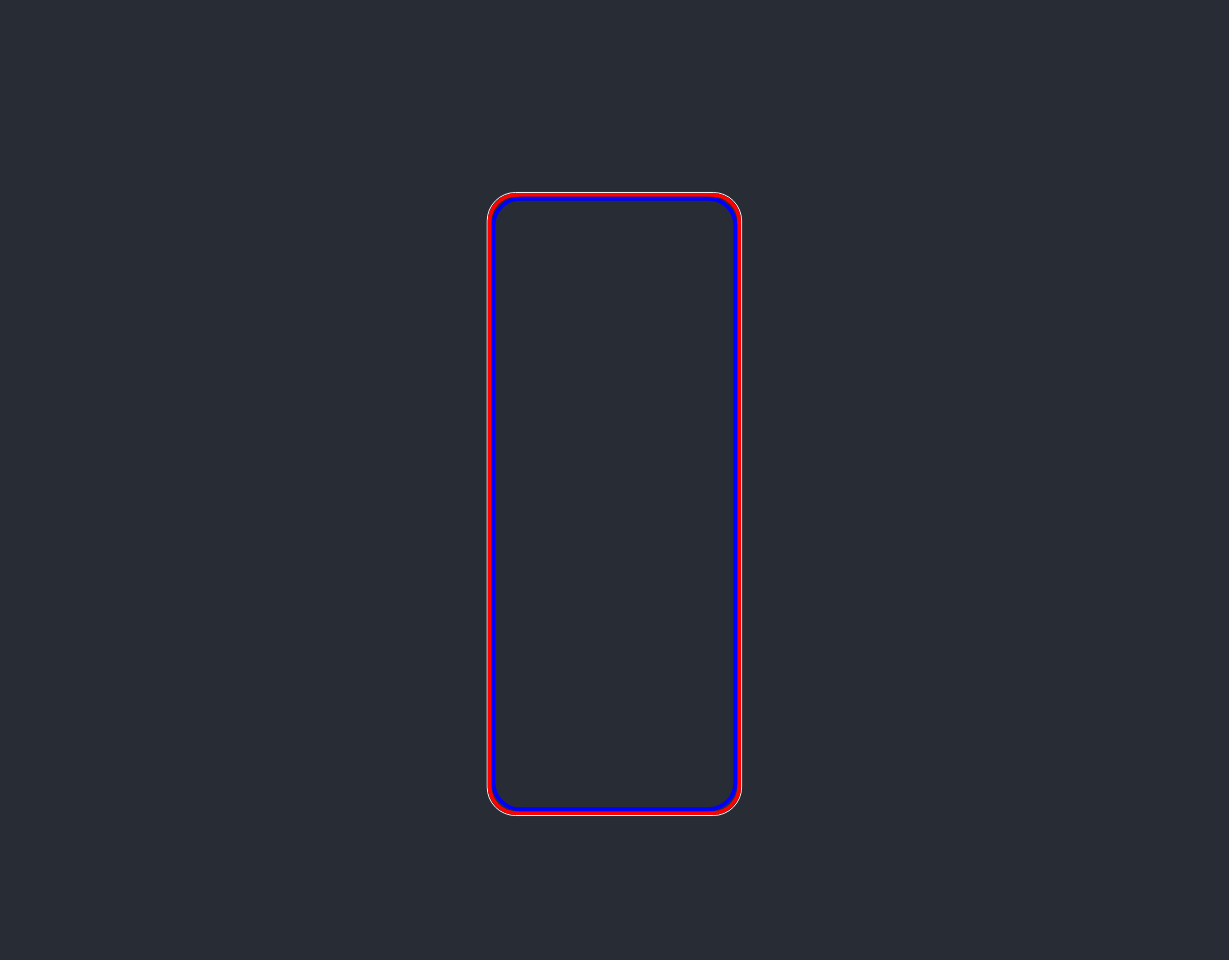
Repository: sarahnnanyelugo/fcmb-hackathon
Page: /
The author's editor kept a copy of each file at every save. The page is drawn from the files as they stood at one save, then again after the next save.
The browser window is 1280 px wide. The pictures show the whole page, at 96% of full size.
The project was rebuilt for these pictures with package versions that can differ from the ones it lists, and the page was loaded fresh each time.

Above is the page before, as saved 2023-10-28 14:53:16.

### src/App.js
import "bootstrap/dist/css/bootstrap.min.css";

import "./App.scss";

function App() {
  return (
    <>
      <div className="app-header">
        <center>
          <div className="col-md-3">
            <center>
              <div className="col-md-10 app">
                <div className="app-inner">
                  <div className="app-inner2">
                    <div className="app-face"></div>
                  </div>
                </div>
              </div>
            </center>
          </div>
        </center>
      </div>
    </>
  );
}

export default App;

### src/App.scss
.app-header {
  background-color: #282c34;
  height: 1000px;
  padding-top: 200px;
  width: 100%;
}

.app {
  border: solid 1px #fff;
  height: 650px;
  border-radius: 30px;
}
.app-inner {
  border: solid 4px red;
  height: 100%;
  border-radius: 30px;
}
.app-inner2 {
  border: solid 4px blue;
  height: 100%;
  border-radius: 30px;
}
.app-face {
  background: #fff;
}

Loaded but not shown: public/index.html (common file); src/index.js (common file); src/index.css (common file); src/reportWebVitals.js (common file)

After the next save:
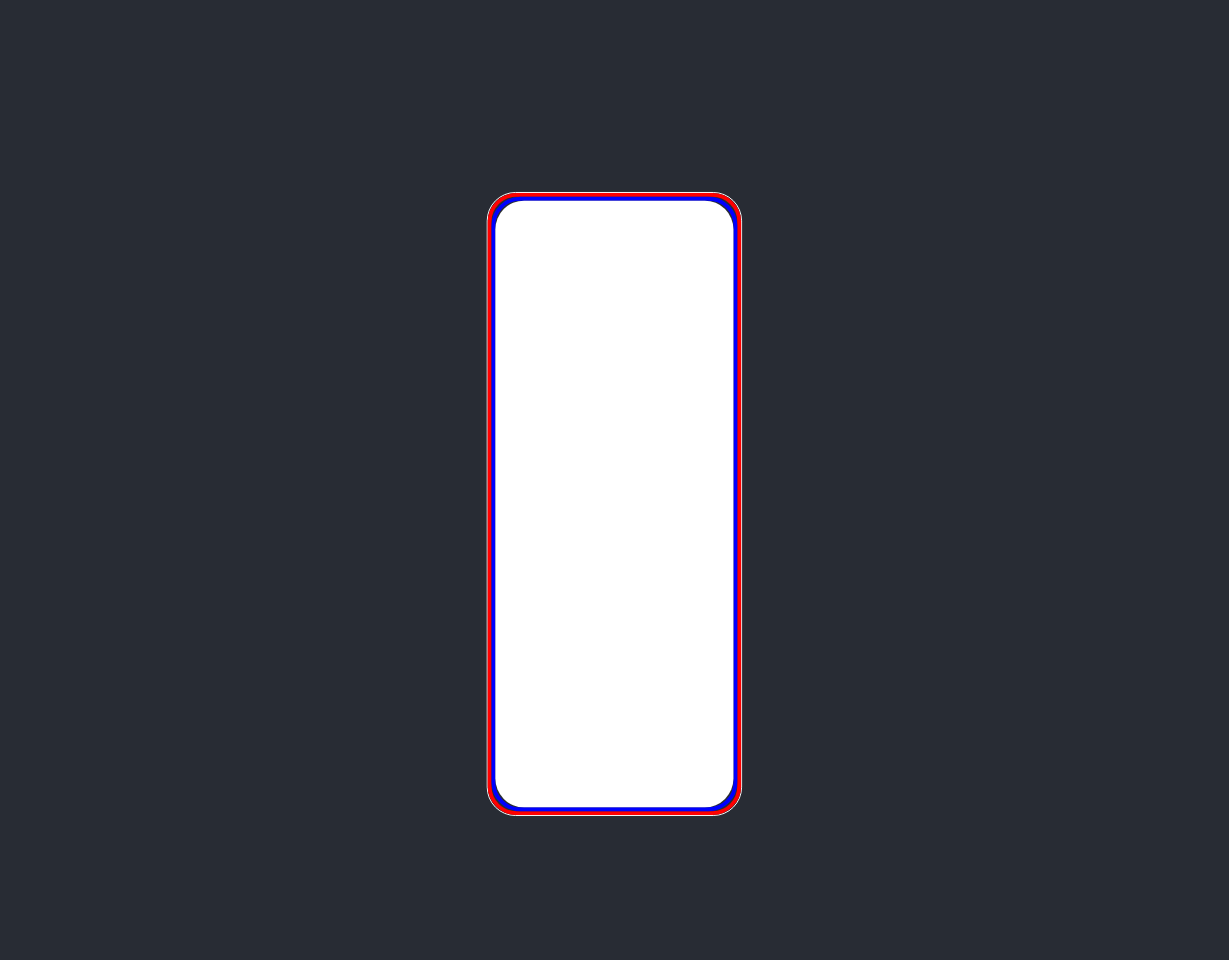
Saved 17 s later.
--- a/src/App.scss
+++ b/src/App.scss
@@ -22,4 +22,6 @@
 }
 .app-face {
   background: #fff;
+  height: 100%;
+  border-radius: 30px;
 }
